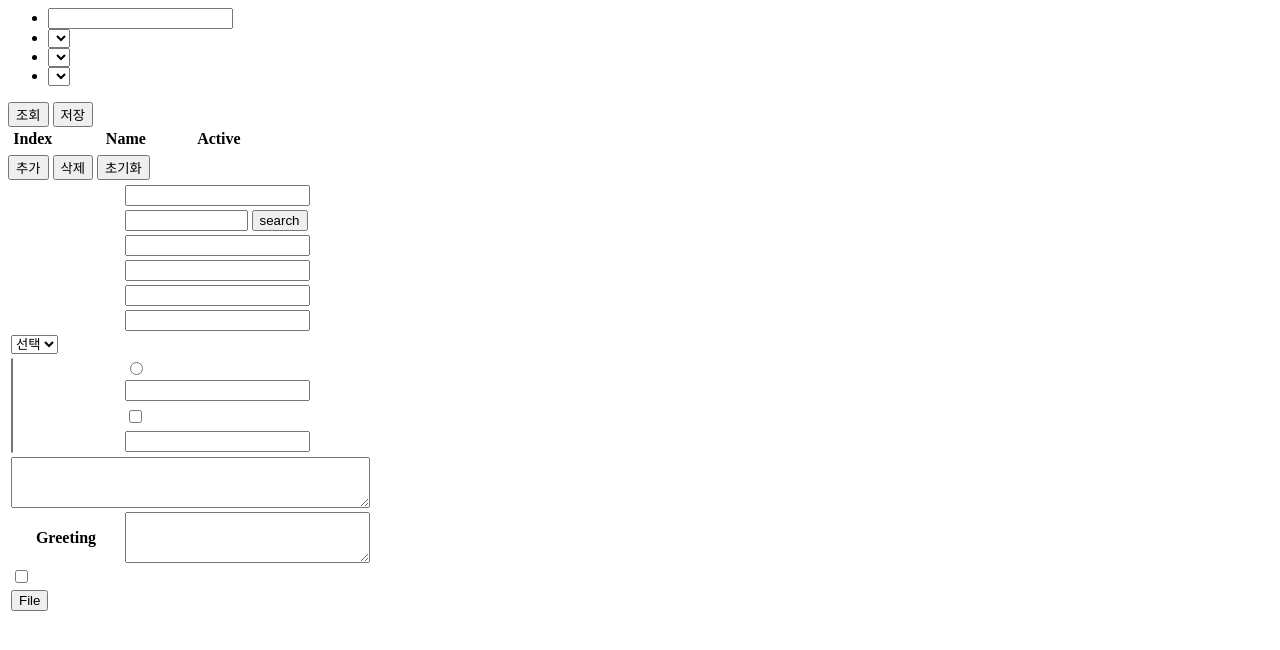
Repository: bbalganjjm/natural_js_boot
Page: src/main/resources/static/html/com/app/sample/type0401.html
The author's editor kept a copy of each file at every save. The page is drawn from the files as they stood at one save, then again after the next save.
The browser window is 1280 px wide. The pictures show the whole page.

Above is the page before, as saved 2021-03-17 18:12:19.
Console error: ReferenceError: N is not defined

### src/main/resources/static/html/com/app/sample/type0401.html
<article class="type0401">
    <div id="search" class="form__">
        <div class="criteria-panel">
            <ul>
                <li><input id="name" type="text" class="mdc-text-field" data-type="filled" data-label="Name"></li>
                <li><select id="age" class="mdc-njs-select" data-label="Age"><option value=""></option></select></li>
                <li><select id="gender" class="mdc-njs-select" data-label="Gender"><option value=""></option></select></li>
                <li><select id="eyeColor" class="mdc-njs-select" data-label="Eye Color"><option value=""></option></select></li>
            </ul>
        </div>
    </div>

    <div class="flex-horizental">
        <div style="max-width: 33%;">
            <div class="btn-panel">
                <button id="btnSearch" class="btn-search mdc-button mdc-button--raised" data-icon="youtube_searched_for">조회</button>
                <button id="btnSave" class="mdc-button" data-icon="save_alt">저장</button>
            </div>
            <table id="master" class="grid__">
                <colgroup>
                    <col style="width: 20%;">
                    <col style="width: 60%;">
                    <col style="width: 20%;">
                </colgroup>
                <thead>
                    <tr>
                        <th>Index</th>
                        <th>Name</th>
                        <th>Active</th>
                    </tr>
                </thead>
                <tbody>
                    <tr>
                        <td id="index" style="text-align: center;"></td>
                        <td id="name"></td>
                        <td id="isActive" style="text-align: center;"></td>
                    </tr>
                </tbody>
            </table>
        </div>

        <div>
            <div class="btn-panel">
                <button id="btnAdd" class="mdc-button" data-icon="playlist_add">추가</button>
                <button id="btnDelete" class="mdc-button" data-icon="delete_sweep">삭제</button>
                <button id="btnRevert" class="mdc-button" data-icon="restart_alt">초기화</button>
            </div>
            <table id="detail" class="form__">
                <tr>
                    <td rowspan="7" style="text-align: center; vertical-align: middle;"><img
                        src="data:[embedded picture, 60 characters]" height="110"></td>
                </tr>
                <tr>
                    <td><input id="name" type="text" data-validate='[["required"]]'></td>
                </tr>
                <tr>
                    <td>
                        <input id="deptNm" type="text" data-validate='[["required"]]' style="width: 50%;" readonly="readonly">
                        <button id="btnDept" class="mdc-icon-button mdc-icon-button--mini">search</button>
                    </td>
                </tr>
                <tr>
                    <td><input id="email" type="text" data-validate='[["required"], ["email"]]'></td>
                </tr>
                <tr>
                    <td><input id="key" type="text" data-format='[["generic", "@@＊＊＊＊＊＊"]]' data-validate='[["required"]]'></td>
                </tr>
                <tr>
                    <td><input id="balance" type="text" data-format='[["numeric", "$#,###.##0"]]' data-validate='[["required"], ["number"]]'></td>
                </tr>
                <tr>
                    <td><input id="phone" type="text" data-validate='[["required"]]'></td>
                </tr>
                <tr>
                    <td><select id="eyeColor" data-validate='[["required"]]'><option>선택</option></select></td>
                </tr>
                <tr>
                    <td rowspan="4"><select id="company" multiple="multiple" data-validate='[["required"]]' style="height: 95px;"></select></td>
                    <td><input id="gender" type="radio"></td>
                </tr>
                <tr>
                    <td><input id="age" type="text" data-validate='[["required"], ["integer"]]'></td>
                </tr>
                <tr>
                    <td><input id="favoriteFruit" type="checkbox" data-validate='[["required"]]'></td>
                </tr>
                <tr>
                    <td><input id="registered" type="text" data-format='[["date", 8, "date"]]' data-validate='[["required"]]'></td>
                </tr>
                <tr>
                    <td colspan="3"><textarea id="about" style="width: 100%;" rows="3" data-validate='[["required"]]' class="mdc-text-field" title="About"></textarea></td>
                </tr>
                <tr>
                    <th>Greeting</th>
                    <td colspan="3"><textarea id="greeting" style="width: 100%;" rows="3" data-validate='[["required"]]' class="mdc-text-field" title="Greeting"></textarea></td>
                </tr>
                <tr>
                    <td colspan="3"><input id="isActive" type="checkbox"></td>
                </tr>
                <tr>
                    <td colspan="3"><button id="btnFile" class="mdc-button mdc-button--outlined" data-icon="file_present">File</button></td>
                </tr>
            </table>
        </div>
    </div>
</article>

<script type="text/javascript">
(function() {

    var cont = N(".type0401").cont({
        "p.select.gender" : [ "gender" ],
        "p.select.eyeColor" : [ "eyeColor" ],
        "p.select.company" : [ "company" ],
        "p.select.favoriteFruit" : [ "favoriteFruit" ],
        "p.select.age" : [ "c.getCommonCodeList", "age", "age", function(data) {
            return N(N.array.deduplicate(data, "age")).datasort("age");
        }],
        "p.form.search" : {
            "usage" : {
                "search-box" : {
                    "defaultButton" : ".btnSearch",
                    "events" : [{
                        "event" : "focusin",
                        "target" : "#name",
                        "handler" : function(e) {
                            N.log(e);
                        }
                    }]
                }
            }
        },
        "p.form.detail" : {
            revert : true,
            autoUnbind : true
        },
        "p.grid.master" : {
            height : 442,
            select : true,
            selectScroll : false,
            onSelect : function(index, rowEle, data, beforeRow, e) {
                // TODO 전처리

                APP.comm.utils.selectNBind.call(this, {
                    cont : cont,
                    form : "p.form.detail"
                });

                // 파일 요약 목록 생성
                if(data.length > 0) {
                    APP.comm.utils.getFileSummaryList(cont["p.form.detail"].val("fileId"), "fileName", 60, cont["e.btnFile.click"]);
                }

                // TODO 후처리
            },
            onBind : function(context, data, isFirstPage, isLastPage) {
                if(isFirstPage) {
                    this.select(0);
                }
            }
        },
        "p.popup.dept" : {
            url : "html/com/app/sample/type04P0.html",
            onOpen : "onOpen",
            onClose : function(onCloseData) {
                if (onCloseData) {
                    cont["p.form.detail"]
                    .val("deptNm", onCloseData.deptNm)
                    .val("deptCd", onCloseData.deptCd);
                }
            }
        },
        /**
         * 공통 파일 팝업.
         */
        "p.popup.file" : {
            onClose : function(onCloseData) {
                if(onCloseData) {
                    cont["p.form.detail"].val("fileId", onCloseData.fileId);

                	// 파일 요약 목록 생성
                    APP.comm.utils.createFileSummaryList(onCloseData.downloadList, "fileName", 60, cont["e.btnFile.click"]);
                }
            }
        },
        "c.getCommonCodeList" : function() {
            return N.comm("sample/getSampleList.json");
        },
        "c.getSampleList" : function() {
            return cont["p.form.search"].data(false).comm("sample/getSampleList.json");
        },
        "c.saveSample" : function() {
            return N(cont["p.grid.master"].data("modified")).comm({
                dataIsArray : true,dataIsArray : true, // Array 타입의 여러 행데이터가 1 개 일때는 자동으로 Object로 변환됩니다. 자동으로 변환되지 않게 하려면 dataIsArray 옵션을 true로 지정해 주세요.
                url : "sample/saveSample.json"
            });
        },
        "e.btnSearch.click" : function(e) {
            e.preventDefault();

            if (cont["p.form.search"].validate()) {
                cont["c.getSampleList"]().submit(function(data) {
                    // N.grid bind
                    cont["p.grid.master"].bind(data);
                });
            }
        },
        "e.btnDept.click" : function(e) {
            e.preventDefault();
            cont["p.popup.dept"].open(cont["p.form.detail"].data(true)[0]);
        },
        "e.btnSave.click" : function(e) {
            e.preventDefault();

            return APP.comm.utils.save.call(this, {
                cont : cont,
                comm : "c.saveSample",
                changed : "p.grid.master",
                validate : "p.form.detail",
                before : function() {
                    // TODO
                },
                after : function(data) {
                    cont["e.btnSearch.click"].click();
                }
            });
        },
        "e.btnAdd.click" : function(e) {
            e.preventDefault();

            if (cont["p.form.detail"].validate()) {
                cont["p.form.detail"].add();
            }
        },
        "e.btnDelete.click" : function(e) {
            e.preventDefault();

            cont["p.form.detail"].remove();
        },
        "e.btnRevert.click" : function(e) {
            e.preventDefault();

            if (cont["p.grid.master"].data("modified").length === 0) {
                N(window).alert(N.message.get(APP.comm.messages, "COMM-0001")).show();
                return false;
            }

            cont["p.form.detail"].revert();
        },
        "e.btnFile.click" : function(e) {
            e.preventDefault();

            cont["p.popup.file"].open(cont["p.form.detail"].val("fileId"));
        },
        init : function(view, request) {
			// cont.opener는 탭이 포함된 부모페이지의 Controller Object.
            if(cont.opener) {
                cont["p.form.search"].context().hide().prev("h3").hide().prev(".view-intro").hide();
				// 부모 페이지 컨트롤러의 검색 버튼 클릭
                cont.opener["e.btnSearch.click"].click();
            } else {
                cont["e.btnSearch.click"].click();
            }
        }
    });

})();
</script>

After the next save:
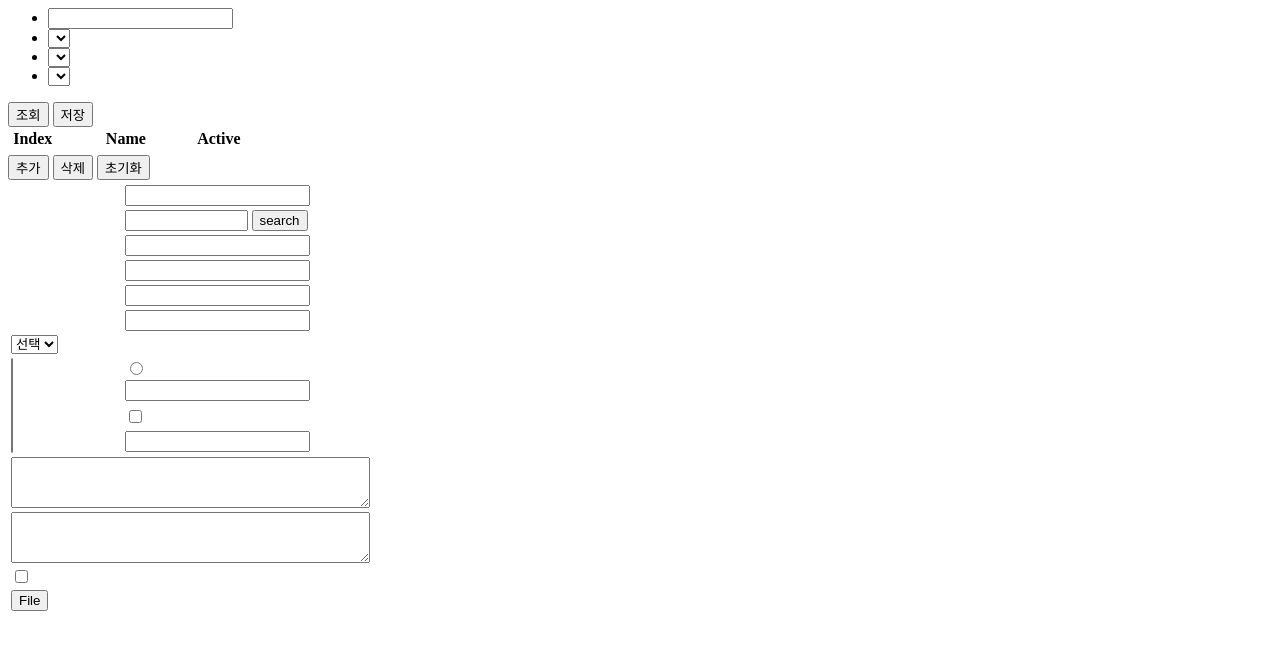
Saved 21 s later.
--- a/src/main/resources/static/html/com/app/sample/type0401.html
+++ b/src/main/resources/static/html/com/app/sample/type0401.html
@@ -91,7 +91,6 @@
                     <td colspan="3"><textarea id="about" style="width: 100%;" rows="3" data-validate='[["required"]]' class="mdc-text-field" title="About"></textarea></td>
                 </tr>
                 <tr>
-                    <th>Greeting</th>
                     <td colspan="3"><textarea id="greeting" style="width: 100%;" rows="3" data-validate='[["required"]]' class="mdc-text-field" title="Greeting"></textarea></td>
                 </tr>
                 <tr>
